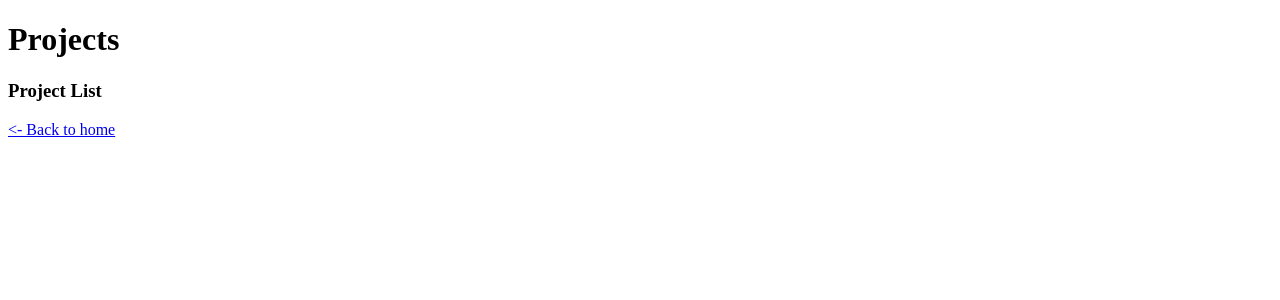
Repository: Kiyotaka-Ayanak0ji/wd201
Page: wd201/http-server/project.html
An editor plug-in stored every save of this project. The page is shown before and after the next save, followed by the edit.
The browser window is 1280 px wide. The pictures show the whole page.

Above is the page before, as saved 2023-11-26 05:38:11.

After the next save:
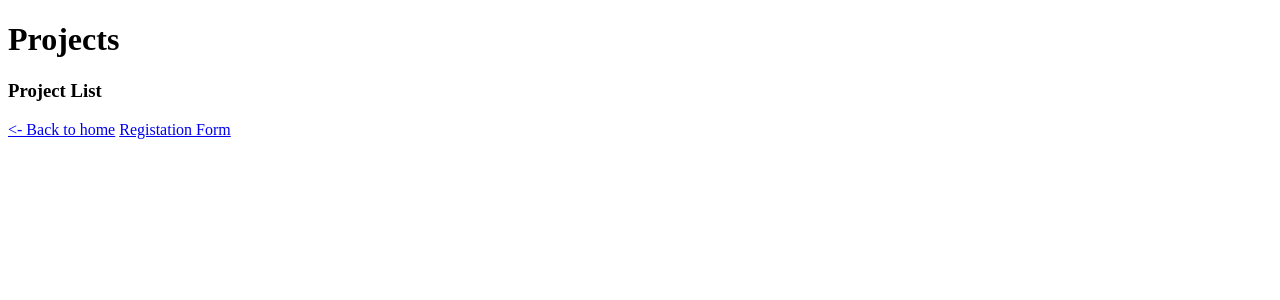
Saved 40 s later.
--- a/wd201/http-server/project.html
+++ b/wd201/http-server/project.html
@@ -9,6 +9,6 @@
       <h1>Projects</h1>
       <h3>Project List</h3>
       <a href="/">&lt;- Back to home</a>
-      <a href= "registration.html"
+      <a href= "./registration">Registation Form</a>
    </body>
 </html>
